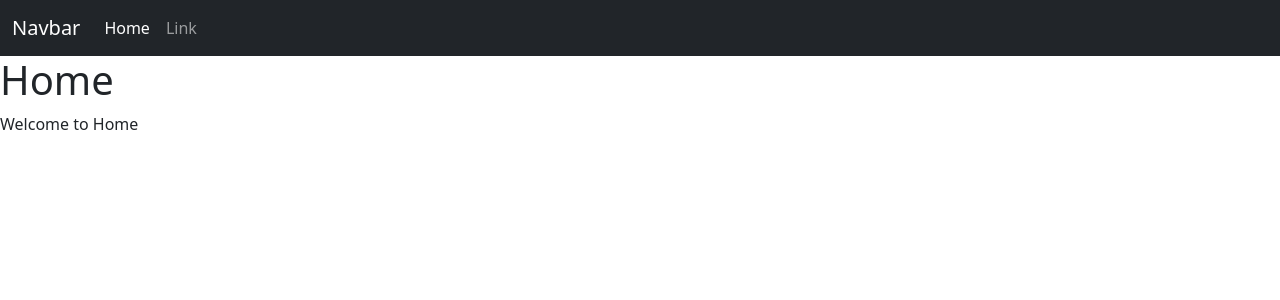
Repository: BlessingAjiboye/WEEK3DEP
Page: http://localhost/
The author's editor kept a copy of each file at every save. The page is drawn from the files as they stood at one save, then again after the next save.
The browser window is 1280 px wide. The pictures show the whole page.
The page is served by the project's Node server (server.js).

Above is the page before, as saved 2022-09-20 12:46:06.

After the next save:
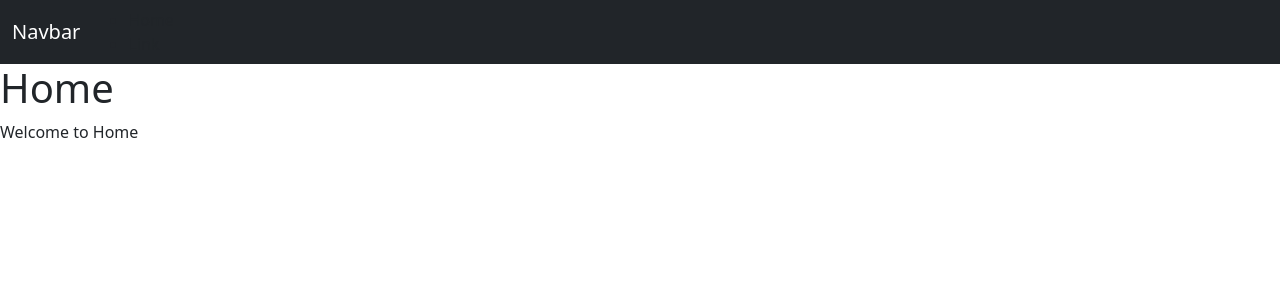
Saved 53 s later.
--- a/views/index.ejs
+++ b/views/index.ejs
@@ -18,7 +18,7 @@
         <span class="navbar-toggler-icon"></span>
       </button>
       <div class="collapse navbar-collapse" id="navbarSupportedContent">
-        <ul class="navbar-nav me-auto mb-2 mb-lg-0">
+        <ul class="navbar-max mr-auto mb-2 mb-lg-0">
           <li class="nav-item">
             <a class="nav-link active" aria-current="page" href="#">Home</a>
           </li>

After the save that followed:
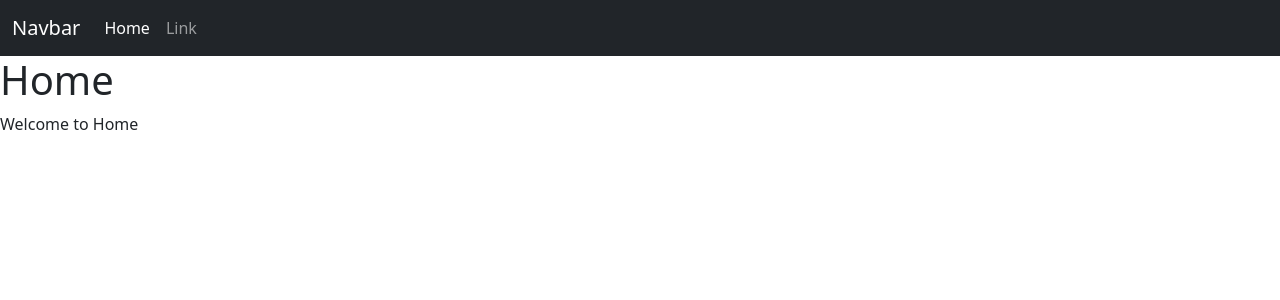
Saved 34 s later.
--- a/views/index.ejs
+++ b/views/index.ejs
@@ -18,7 +18,7 @@
         <span class="navbar-toggler-icon"></span>
       </button>
       <div class="collapse navbar-collapse" id="navbarSupportedContent">
-        <ul class="navbar-max mr-auto mb-2 mb-lg-0">
+        <ul class="navbar-nav me-auto mb-2 mb-lg-0">
           <li class="nav-item">
             <a class="nav-link active" aria-current="page" href="#">Home</a>
           </li>
